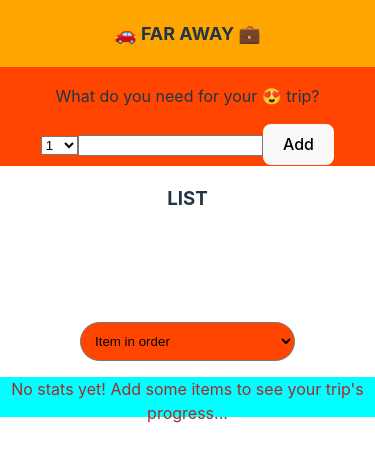
Repository: Celebration-cloud/Trip-Add-To-List
Page: /
An editor plug-in stored every save of this project. The page is shown before and after the next save, followed by the edit.
The browser window is 375 px wide. The pictures show the whole page.
The project was rebuilt for these pictures with package versions that can differ from the ones it lists, and the page was loaded fresh each time. Also part of the build but not shown: vite.config.js.

Above is the page before, as saved 2023-10-29 16:58:48.

### src/App.jsx
import './App.css'
import TripList from './Trip-List/TripList'

function App() {

  return (
    <>
    <TripList/>
    </>
  )
}

export default App

### src/App.css
#root {
  margin: 0;
  padding: 0;
  text-align: center;
}

.logo {
  height: 6em;
  padding: 1.5em;
  will-change: filter;
  transition: filter 300ms;
}
.logo:hover {
  filter: drop-shadow(0 0 2em #646cffaa);
}
.logo.react:hover {
  filter: drop-shadow(0 0 2em #61dafbaa);
}

@keyframes logo-spin {
  from {
    transform: rotate(0deg);
  }
  to {
    transform: rotate(360deg);
  }
}

@media (prefers-reduced-motion: no-preference) {
  a:nth-of-type(2) .logo {
    animation: logo-spin infinite 20s linear;
  }
}

.card {
  padding: 2em;
}

.read-the-docs {
  color: #888;
}

### src/Trip-List/TripList.jsx
/* eslint-disable react/no-unescaped-entities */
/* eslint-disable react/prop-types */
import { useState } from "react";
import './TripList.css'
function TripList() {
  const [addItem, setAddItem] = useState([]);

  const handleAddItem = (item) => {
    setAddItem((items) => [...items, item]);
  };
  const handleRemoveItem = (id) =>{
    setAddItem(items => items.filter(p => p.id !== id))
  }
  const handleChecked = (id) => {
    setAddItem(items => items.map(item => item.id === id ? {...item, packed: !item.packed} : item));
  };
  return (
    <div>
      <TripHead/>
      <TripForm handleAddItem={handleAddItem}/>
      <TripListForm addItem={addItem} remove={handleRemoveItem} check={handleChecked}/>
      <TripStats stats={addItem}/>
    </div>
  )
}

export default TripList

function TripHead() {
  return (
    <div style={{backgroundColor: "orange", padding: "5px"}}>
      <h2 className="title">🚗 FAR AWAY 💼</h2>
    </div>
  )
}

function TripForm({handleAddItem}) {
  const [item, setItem] = useState({description: "", quantity: 1})

  const handleSubmit = (e) =>{
    e.preventDefault();
    if (!item.description) return;

    const newItem = {
      des: item.description,
      amount: item.quantity,
      packed: false,
      id: Date.now(),
    };

    handleAddItem(newItem);
    setItem({ description: "", quantity: 1 });
  }
  const handleInput = (e) =>{
    setItem(prev => ({...prev, description: e.target.value}))
  }
  const handleOption = (e) =>{
    setItem(prevState => ({...prevState,quantity: Number(e.target.value)}))
  }
  return (
    <div style={{ backgroundColor: "orangered", padding: "1px" }}>
      <form onSubmit={handleSubmit}>
        <span>
          <p>What do you need for your 😍 trip?</p>
          <select onChange={handleOption} value={item.quantity}>
            {Array.from({ length: 10 }, (_, i) => i + 1).map((num) => (
              <option value={num} key={num}>
                {num}
              </option>
            ))}
          </select>
          <input onChange={handleInput} value={item.description}></input>
          <button type="submit">Add</button>
        </span>
      </form>
    </div>
  );
}

function TripListForm({addItem, remove, check}) {
  const [sort, setSort] = useState("input")
  const sortingBy = (e) => {
    setSort(e.target.value);
  };
  let sorting;
  if (sort === "input") sorting = addItem;
  if (sort === "checked")
    sorting = addItem.slice().sort((a, b) => a.des.localeCompare(b.des));
  if (sort === "order")
    sorting = addItem
      .slice()
      .sort((a, b) => Number(a.packed) - Number(b.packed));

  return (
    <>
      <h3>LIST</h3>
      <ul style={{ listStyleType: "none" }}>
        <li>
          {sorting?.map((item) => (
            <>
              <input
                type="checkbox"
                value={item.packed}
                onChange={() => check(item.id)}
              />
              <span
                key={item.id}
                style={item.packed ? { textDecoration: "line-through" } : {}}
              >
                {item.amount}-{item.des}
              </span>
              <button onClick={() => remove(item.id)}>
                🚩
              </button>
            </>
          ))}
        </li>
      </ul>
      <div>
        <select onChange={sortingBy} value={sort} style={{padding: "10px 100px 10px 10px", marginTop: "90px", backgroundColor: "orangered", borderRadius: "20px"}}>
          <option value="input" style={{marginRight: "5px", backgroundColor: "brown" }}>Item in order</option>
          <option value="checked" style={{marginRight: "5px"}}>Checked Item</option>
          <option value="order" style={{marginRight: "5px"}}>Split Item</option>
        </select>
      </div>
    </>
  );
}

function TripStats({stats}) {
  if(!stats.length)
  return (
    <footer className="static">
      <p>No stats yet! Add some items to see your trip's progress...</p>
    </footer>
  );
  const total = stats.length
  const packed= stats.filter(items => items.packed).length
  const percent = Math.round((packed / total) * 100)
  return (
    <>
      {percent === 100 ? (
        <footer className="static">
          <p>You have Completed the List✈</p>
        </footer>
      ) : (
        <footer className="static">
          <p>
            You have {total} items on your list, and already packed {packed} (
            {percent}%)
          </p>
        </footer>
      )}
    </>
  );
}

### src/Trip-List/TripList.css
/* backgroundColor: "aqua",
            color: "brown",
            bottom: "0%",
            height: "30px",
            width: "100%", */
.static{
    position: absolute;
    background-color: aqua;
    color: brown;
    bottom: 0px;
    width: 100%;
}
.title{
    font-family: inherit;
    font-size: 20px;
}
@media (max-width: 480px) {
    .static{
    position: relative;
    background-color: aqua;
    color: brown;
    bottom: 0px;
    height: 40px;
    width: 100%;
}
.title{
    font-family: inherit;
    font-size: large;
}
}

Loaded but not shown: index.html (common file); src/main.jsx (common file); src/index.css (common file)

After the next save:
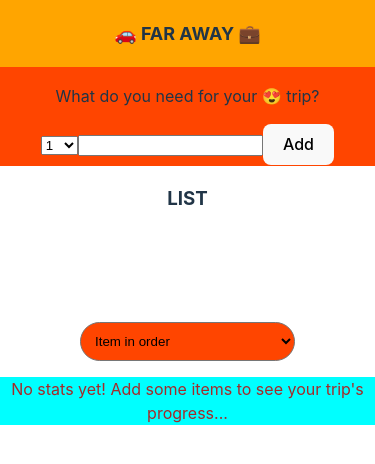
Saved 59 s later.
--- a/src/Trip-List/TripList.css
+++ b/src/Trip-List/TripList.css
@@ -20,7 +20,6 @@
     background-color: aqua;
     color: brown;
     bottom: 0px;
-    height: 40px;
     width: 100%;
 }
 .title{
